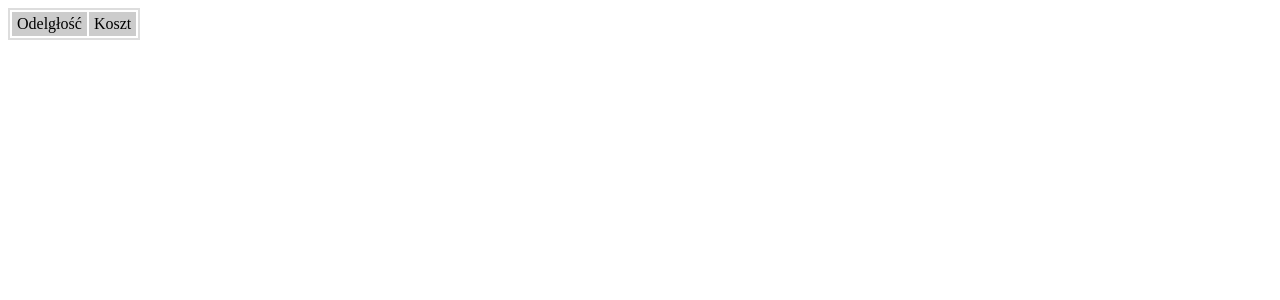
Repository: gabr/workspace
Page: http://localhost/
An editor plug-in stored every save of this project. The page is shown before and after the next save, followed by the edit.
The browser window is 1280 px wide. The pictures show the whole page.
The page is run by PHP 8.4 with error messages shown; the project is at /var/www/html/.

Above is the page before, as saved 2013-02-25 16:35:24.

### php 003 - petle/index.php
<!DOCTYPE html PUBLIC "-//W3C//DTD HTML 4.01 Transitional//EN" "http://www.w3.org/TR/html4/loose.dtd">
<html>
<head>
<link rel="stylesheet" href="style.css">
<meta http-equiv="Content-Type" content="text/html; charset=UTF-8">
<title>petle</title>
</head>
<body>
  <table>
    <tr>
      <td>Odelgłość</td>
      <td>Koszt</td>
    </tr>
    <?php



    ?>
  </table>

</body>
</html>

### php 003 - petle/style.css
@CHARSET "UTF-8";

table {
  border: 2px solid #dddddd;
}

tr:first-child {
  background-color: #cccccc;
}

tr {
  border: 1px solid #eeeeee;
}

td {
  padding: 3px 5px 3px 5px;
}

After the next save:
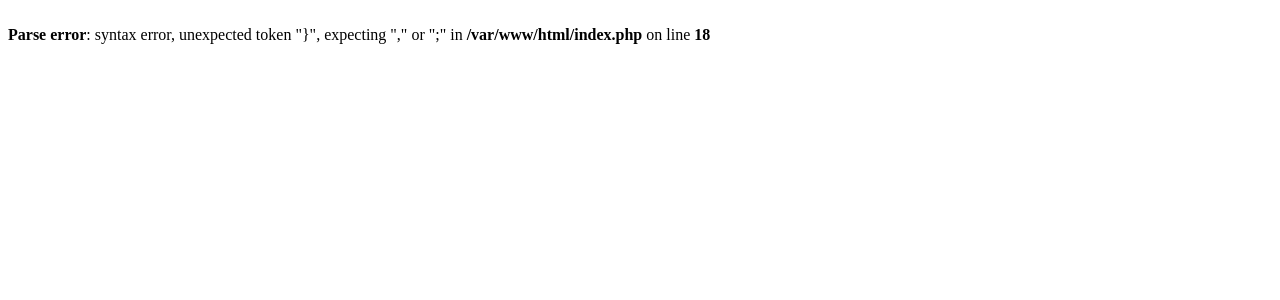
Saved 98 s later.
--- a/php 003 - petle/index.php
+++ b/php 003 - petle/index.php
@@ -13,9 +13,11 @@
     </tr>
     <?php
 
+    for($i=5; $i <= 25; $i+=5) {
+			echo "cos"
+	};
 
-
-    ?>
+	?>
   </table>
 
 </body>

After the save that followed:
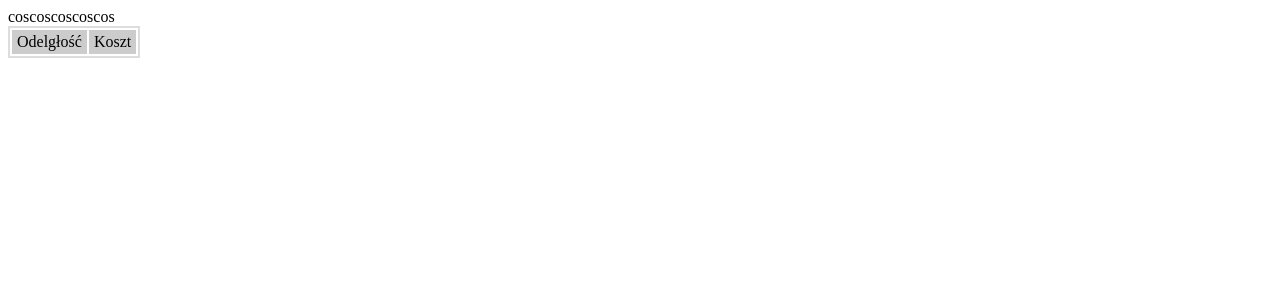
Saved 5 s later.
--- a/php 003 - petle/index.php
+++ b/php 003 - petle/index.php
@@ -14,7 +14,7 @@
     <?php
 
     for($i=5; $i <= 25; $i+=5) {
-			echo "cos"
+			echo "cos";
 	};
 
 	?>
